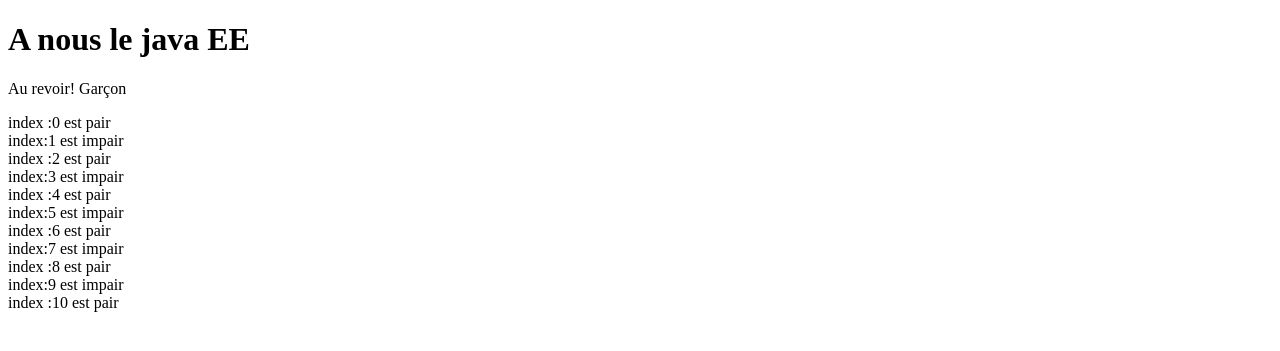
Repository: ibnadam2010/eclipse-workspace
Page: http://localhost/test/Test
An editor plug-in stored every save of this project. The page is shown before and after the next save, followed by the edit.
The browser window is 1280 px wide. The pictures show the whole page.
The page is served by Tomcat 9.

Above is the page before, as saved 2020-11-26 17:44:28.

After the next save:
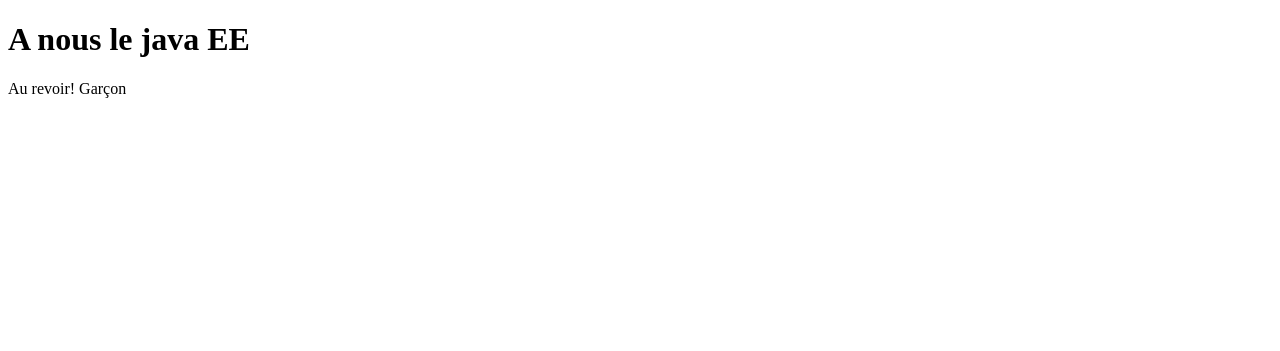
Saved 3 min 45 s later.
--- a/test/WebContent/WEB-INF/bonjour.jsp
+++ b/test/WebContent/WEB-INF/bonjour.jsp
@@ -19,9 +19,9 @@
 <% for(int i = 0;i<11;i++){
 	//out.println("index :"+i+"<br />");
 	if (i % 2!=0){
-		out.println("index:"+i+" est impair"+"<br />");
+		System.out.println("index:"+i+" est impair"+"<br />");
 	}else{
-		out.println("index :"+i+" est pair"+"<br />");
+		System.out.println("index :"+i+" est pair"+"<br />");
 	}
 } %>
 </span>
